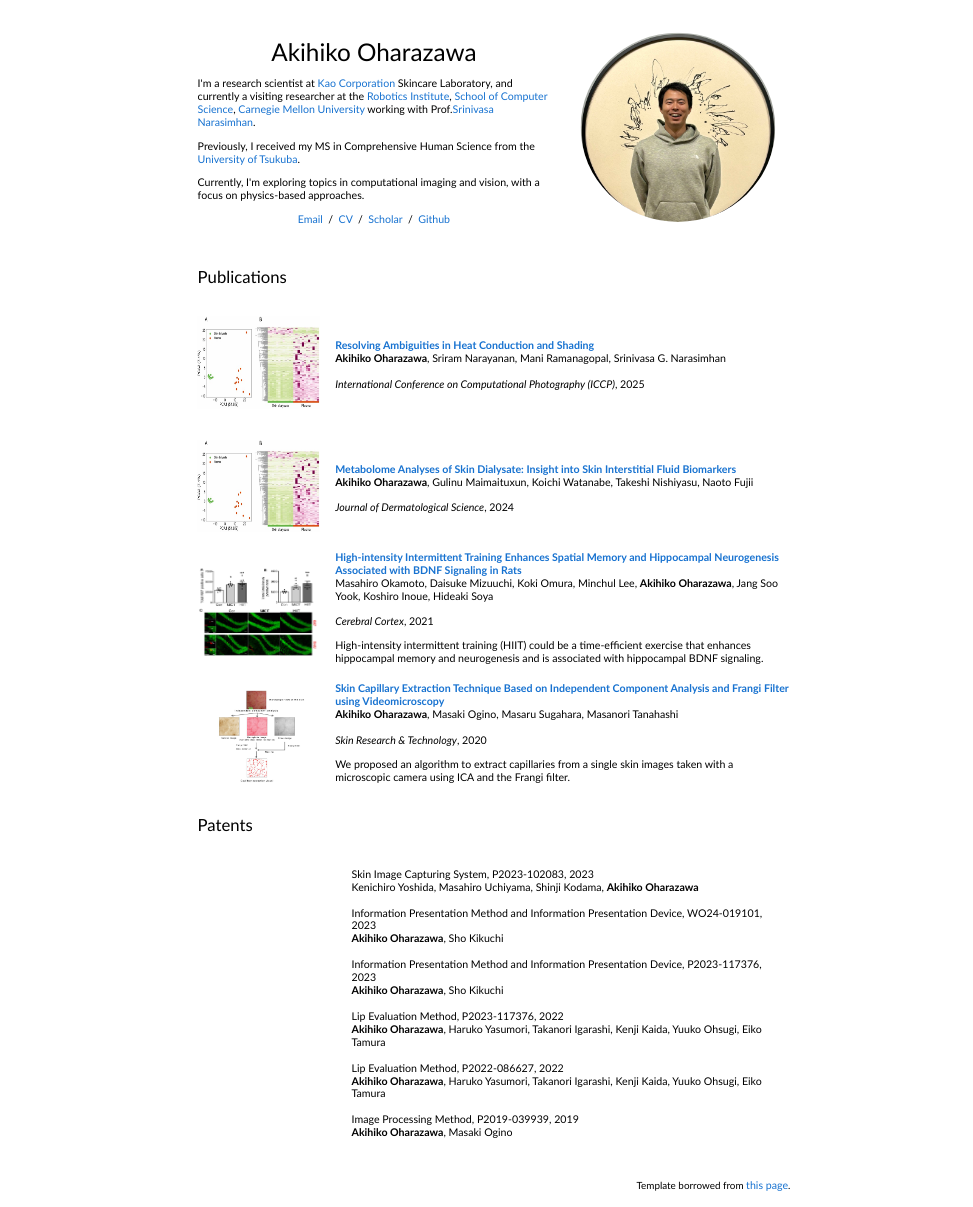
Repository: akihikooharazawa/akihikooharazawa.github.io
Page: index.html
An editor plug-in stored every save of this project. The page is shown before and after the next save, followed by the edit.
The browser window is 1280 px wide. The pictures show the whole page, at 76% of full size.

Above is the page before, as saved 2025-07-25 11:07:09.

### index.html
<!DOCTYPE HTML>
<html lang="en">
  <head>
  <!-- Google tag (gtag.js) -->
  <script async src="https://www.googletagmanager.com/gtag/js?id=G-S3VWLBF1BC"></script>
  <script>
    window.dataLayer = window.dataLayer || [];
    function gtag(){dataLayer.push(arguments);}
    gtag('js', new Date());

    gtag('config', 'G-S3VWLBF1BC');
  </script>
    <meta http-equiv="Content-Type" content="text/html; charset=UTF-8">

    <title>Akihiko Oharazawa</title>

    <meta name="author" content="Akihiko Oharazawa">
    <meta name="viewport" content="width=device-width, initial-scale=1">
    <link rel="shortcut icon" href="images/favicon/favicon.ico" type="image/x-icon">
    <link rel="stylesheet" type="text/css" href="stylesheet.css">

  </head>

  <body>
    <table style="width:100%;max-width:800px;border:0px;border-spacing:0px;border-collapse:separate;margin-right:auto;margin-left:auto;"><tbody>
      <tr style="padding:0px">
        <td style="padding:0px">
          <table style="width:100%;border:0px;border-spacing:0px;border-collapse:separate;margin-right:auto;margin-left:auto;"><tbody>
            <tr style="padding:0px">
              <td style="padding:2.5%;width:63%;vertical-align:middle">
                <p class="name" style="text-align: center;">
                  Akihiko Oharazawa
                </p>
                <p>I'm a research scientist at <a href="https://www.kao.com/global/en/">Kao Corporation</a> Skincare Laboratory,
                  and currently a visiting researcher at the <a href="https://www.ri.cmu.edu/">Robotics Institute</a>,
                  <a href="https://www.cs.cmu.edu/">School of Computer Science</a>,
                  <a href="https://www.cmu.edu/">Carnegie Mellon University</a> working with Prof.<a href="https://www.cs.cmu.edu/~srinivas/">Srinivasa Narasimhan</a>.
                </p>
                <p>
                  Previously, I received my MS in Comprehensive Human Science from the <a href="https://www.tsukuba.ac.jp/en/">University of Tsukuba</a>.
                </p>
                <p>
                  Currently, I'm exploring topics in computational imaging and vision, with a focus on physics-based approaches.
                </p>
                <p style="text-align:center">
                  <a href="mailto:a.oharazawa@gmail.com">Email</a> &nbsp;/&nbsp;
                  <a href="data/AkiOharazawa-CV.pdf">CV</a> &nbsp;/&nbsp;
                  <a href="https://scholar.google.com/citations?user=NGsKuDgAAAAJ&hl=en">Scholar</a> &nbsp;/&nbsp;
                  <a href="https://github.com/akihikooharazawa">Github</a>
                </p>
              </td>
              <td style="padding:2.5%;width:40%;max-width:40%">
                <a href="images/AkiOharazawa.jpg"><img style="width:100%;max-width:100%;object-fit: cover; border-radius: 50%;" alt="profile photo" src="images/AkiOharazawa.jpg" class="hoverZoomLink"></a>
              </td>
            </tr>
          </tbody></table>
          <table style="width:100%;border:0px;border-spacing:0px;border-collapse:separate;margin-right:auto;margin-left:auto;"><tbody>
              <tr>
              <td style="padding:20px;width:100%;vertical-align:middle">
                <h2>Publications</h2>
              </td>
            </tr>
          </tbody></table>
          <table style="width:100%;border:0px;border-spacing:0px;border-collapse:separate;margin-right:auto;margin-left:auto;"><tbody>

            <tr>
              <td style="padding:20px;width:25%;vertical-align:middle">
                <img src="images/isf_metabolomics.jpg" alt="isf_metabolomics" width="160" height="120" style="border-style: none">
              </td>
              <td width="75%" valign="middle">
                <a href="https://imaging.cs.cmu.edu/shape-from-laplacian-and-shading/">
                  <span class="papertitle">Resolving Ambiguities in Heat Conduction and Shading</span>
                </a>
                <br>
                <strong>Akihiko Oharazawa</strong>, Sriram Narayanan, Mani Ramanagopal, Srinivasa G. Narasimhan
                <br>
                <br>
                <em>International Conference on Computational Photography (ICCP)</em>, 2025
                <br>
              </td>
            </tr>

            <tr>
              <td style="padding:20px;width:25%;vertical-align:middle">
                <img src="images/isf_metabolomics.jpg" alt="isf_metabolomics" width="160" height="120" style="border-style: none">
              </td>
              <td width="75%" valign="middle">
                <a href="https://www.jdsjournal.com/article/S0923-1811(24)00066-5/fulltext">
                  <span class="papertitle">Metabolome Analyses of Skin Dialysate: Insight into Skin Interstitial Fluid Biomarkers</span>
                </a>
                <br>
                <strong>Akihiko Oharazawa</strong>, Gulinu Maimaituxun, Koichi Watanabe, Takeshi Nishiyasu, Naoto Fujii
                <br>
                <br>
                <em>Journal of Dermatological Science</em>, 2024
                <br>
              </td>
            </tr>

            <tr>
              <td style="padding:20px;width:25%;vertical-align:middle">
                <img src="images/hit_brain.png" alt="hit_brain.png" width="160" height="120" style="border-style: none">
              </td>
              <td width="75%" valign="middle">
                <a href="https://academic.oup.com/cercor/article/31/9/4386/6274998">
                  <span class="papertitle">High-intensity Intermittent Training Enhances Spatial Memory and Hippocampal Neurogenesis Associated with BDNF Signaling in Rats</span>
                </a>
                <br>
                Masahiro Okamoto, Daisuke Mizuuchi, Koki Omura, Minchul Lee, <strong>Akihiko Oharazawa</strong>, Jang Soo Yook, Koshiro Inoue, Hideaki Soya
                <br>
                <br>
                <em>Cerebral Cortex</em>, 2021
                <br>
                <p>High-intensity intermittent training (HIIT) could be a time-efficient exercise that enhances hippocampal memory and neurogenesis and is associated with hippocampal BDNF signaling.</p>
              </td>
            </tr>

            <tr>
              <td style="padding:20px;width:25%;vertical-align:middle">
                <img src="images/capillary_extraction.jpg" alt="capillary_extraction.jpg" width="160" height="120" style="border-style: none">
              </td>
              <td width="75%" valign="middle">
                <a href="https://onlinelibrary.wiley.com/doi/10.1111/srt.12850">
                  <span class="papertitle">Skin Capillary Extraction Technique Based on Independent Component Analysis and Frangi Filter using Videomicroscopy</span>
                </a>
                <br>
                <strong>Akihiko Oharazawa</strong>,
                Masaki Ogino,
                Masaru Sugahara,
                Masanori Tanahashi<br>
                <br>
                <em>Skin Research & Technology</em>, 2020
                <br>
                <p>We proposed an algorithm to extract capillaries from a single skin images taken with a microscopic camera using ICA and the Frangi filter.</p>
              </td>
            </tr>

          </tbody></table>


          <table width="100%" align="center" border="0" cellspacing="0" cellpadding="20"><tbody>
            <tr>
              <td>
                <h2>Patents</h2>
              </td>
            </tr>
          </tbody></table>
          <table width="100%" align="center" border="0" cellpadding="20"><tbody>

            <tr>
              <td style="padding:20px;width:25%;vertical-align:middle">
              <td width="75%" valign="middle">
                Skin Image Capturing System, P2023-102083, 2023
                <br>
                Kenichiro Yoshida, Masahiro Uchiyama, Shinji Kodama, <strong>Akihiko Oharazawa</strong><br>
                <br>
                Information Presentation Method and Information Presentation Device, WO24-019101, 2023
                <br>
                <strong>Akihiko Oharazawa</strong>, Sho Kikuchi<br>
                <br>
                Information Presentation Method and Information Presentation Device, P2023-117376, 2023
                <br>
                <strong>Akihiko Oharazawa</strong>, Sho Kikuchi<br>
                <br>
                Lip Evaluation Method, P2023-117376, 2022
                <br>
                <strong>Akihiko Oharazawa</strong>, Haruko Yasumori, Takanori Igarashi, Kenji Kaida, Yuuko Ohsugi, Eiko Tamura<br>
                <br>
                Lip Evaluation Method, P2022-086627, 2022
                <br>
                <strong>Akihiko Oharazawa</strong>, Haruko Yasumori, Takanori Igarashi, Kenji Kaida, Yuuko Ohsugi, Eiko Tamura<br>
                <br>
                Image Processing Method, P2019-039939, 2019
                <br>
                <strong>Akihiko Oharazawa</strong>, Masaki Ogino<br>
              </td>
            </tr>

          </tbody></table>
          <table style="width:100%;border:0px;border-spacing:0px;border-collapse:separate;margin-right:auto;margin-left:auto;"><tbody>
            <tr>
              <td style="padding:0px">
                <br>
                <p style="text-align:right;font-size:small;">
                  Template borrowed from <a href="https://github.com/jonbarron/website">this page</a>.
                </p>
              </td>
            </tr>
          </tbody></table>
        </td>
      </tr>
    </table>
  </body>
</html>

### stylesheet.css
/* latin-ext */
@font-face {
  font-family: 'Lato';
  font-style: italic;
  font-weight: 400;
  src: local('Lato Italic'), local('Lato-Italic'), url(https://fonts.gstatic.com/s/lato/v15/S6u8w4BMUTPHjxsAUi-qNiXg7eU0.woff2) format('woff2');
  unicode-range: U+0100-024F, U+0259, U+1E00-1EFF, U+2020, U+20A0-20AB, U+20AD-20CF, U+2113, U+2C60-2C7F, U+A720-A7FF;
}
/* latin */
@font-face {
  font-family: 'Lato';
  font-style: italic;
  font-weight: 400;
  src: local('Lato Italic'), local('Lato-Italic'), url(https://fonts.gstatic.com/s/lato/v15/S6u8w4BMUTPHjxsAXC-qNiXg7Q.woff2) format('woff2');
  unicode-range: U+0000-00FF, U+0131, U+0152-0153, U+02BB-02BC, U+02C6, U+02DA, U+02DC, U+2000-206F, U+2074, U+20AC, U+2122, U+2191, U+2193, U+2212, U+2215, U+FEFF, U+FFFD;
}
/* latin-ext */
@font-face {
  font-family: 'Lato';
  font-style: italic;
  font-weight: 700;
  src: local('Lato Bold Italic'), local('Lato-BoldItalic'), url(https://fonts.gstatic.com/s/lato/v15/S6u_w4BMUTPHjxsI5wq_FQftx9897sxZ.woff2) format('woff2');
  unicode-range: U+0100-024F, U+0259, U+1E00-1EFF, U+2020, U+20A0-20AB, U+20AD-20CF, U+2113, U+2C60-2C7F, U+A720-A7FF;
}
/* latin */
@font-face {
  font-family: 'Lato';
  font-style: italic;
  font-weight: 700;
  src: local('Lato Bold Italic'), local('Lato-BoldItalic'), url(https://fonts.gstatic.com/s/lato/v15/S6u_w4BMUTPHjxsI5wq_Gwftx9897g.woff2) format('woff2');
  unicode-range: U+0000-00FF, U+0131, U+0152-0153, U+02BB-02BC, U+02C6, U+02DA, U+02DC, U+2000-206F, U+2074, U+20AC, U+2122, U+2191, U+2193, U+2212, U+2215, U+FEFF, U+FFFD;
}
/* latin-ext */
@font-face {
  font-family: 'Lato';
  font-style: normal;
  font-weight: 400;
  src: local('Lato Regular'), local('Lato-Regular'), url(https://fonts.gstatic.com/s/lato/v15/S6uyw4BMUTPHjxAwXiWtFCfQ7A.woff2) format('woff2');
  unicode-range: U+0100-024F, U+0259, U+1E00-1EFF, U+2020, U+20A0-20AB, U+20AD-20CF, U+2113, U+2C60-2C7F, U+A720-A7FF;
}
/* latin */
@font-face {
  font-family: 'Lato';
  font-style: normal;
  font-weight: 400;
  src: local('Lato Regular'), local('Lato-Regular'), url(https://fonts.gstatic.com/s/lato/v15/S6uyw4BMUTPHjx4wXiWtFCc.woff2) format('woff2');
  unicode-range: U+0000-00FF, U+0131, U+0152-0153, U+02BB-02BC, U+02C6, U+02DA, U+02DC, U+2000-206F, U+2074, U+20AC, U+2122, U+2191, U+2193, U+2212, U+2215, U+FEFF, U+FFFD;
}
/* latin-ext */
@font-face {
  font-family: 'Lato';
  font-style: normal;
  font-weight: 700;
  src: local('Lato Bold'), local('Lato-Bold'), url(https://fonts.gstatic.com/s/lato/v15/S6u9w4BMUTPHh6UVSwaPGQ3q5d0N7w.woff2) format('woff2');
  unicode-range: U+0100-024F, U+0259, U+1E00-1EFF, U+2020, U+20A0-20AB, U+20AD-20CF, U+2113, U+2C60-2C7F, U+A720-A7FF;
}
/* latin */
@font-face {
  font-family: 'Lato';
  font-style: normal;
  font-weight: 700;
  src: local('Lato Bold'), local('Lato-Bold'), url(https://fonts.gstatic.com/s/lato/v15/S6u9w4BMUTPHh6UVSwiPGQ3q5d0.woff2) format('woff2');
  unicode-range: U+0000-00FF, U+0131, U+0152-0153, U+02BB-02BC, U+02C6, U+02DA, U+02DC, U+2000-206F, U+2074, U+20AC, U+2122, U+2191, U+2193, U+2212, U+2215, U+FEFF, U+FFFD;
}

a {
  color: #1772d0;
  text-decoration: none;
}

a:focus,
a:hover {
  color: #f09228;
  text-decoration: none;
}

body,
td,
th,
tr,
p,
a {
  font-family: 'Lato', Verdana, Helvetica, sans-serif;
  font-size: 14px;
}

strong {
  font-family: 'Lato', Verdana, Helvetica, sans-serif;
  font-size: 14px;
}

h2 {
  margin: 0;
  font-weight: normal;
  font-family: 'Lato', Verdana, Helvetica, sans-serif;
  font-size: 22px;
}

.papertitle {
  font-family: 'Lato', Verdana, Helvetica, sans-serif;
  font-size: 14px;
  font-weight: 700;
}

.name {
  padding-top: 20px;
  margin: 0;
  font-family: 'Lato', Verdana, Helvetica, sans-serif;
  font-size: 32px;
}

.one {
  width: 160px;
  height: 160px;
  position: relative;
}

.two {
  width: 160px;
  height: 160px;
  position: absolute;
  transition: opacity .2s ease-in-out;
  -moz-transition: opacity .2s ease-in-out;
  -webkit-transition: opacity .2s ease-in-out;
}

.fade {
  transition: opacity .2s ease-in-out;
  -moz-transition: opacity .2s ease-in-out;
  -webkit-transition: opacity .2s ease-in-out;
}

span.highlight {
  background-color: #ffffd0;
}

After the next save:
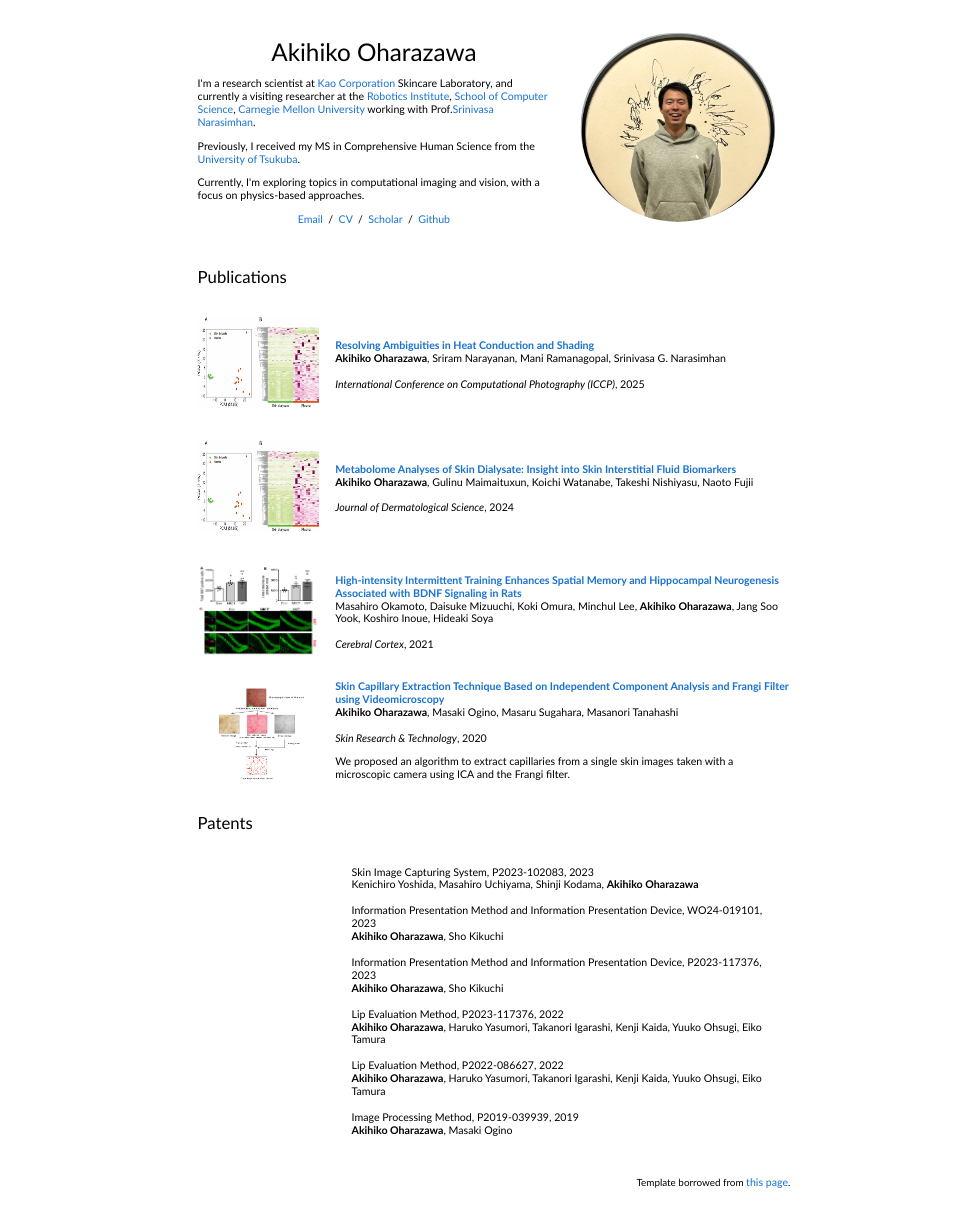
Saved 3 min 10 s later.
--- a/index.html
+++ b/index.html
@@ -111,7 +111,6 @@
                 <br>
                 <em>Cerebral Cortex</em>, 2021
                 <br>
-                <p>High-intensity intermittent training (HIIT) could be a time-efficient exercise that enhances hippocampal memory and neurogenesis and is associated with hippocampal BDNF signaling.</p>
               </td>
             </tr>
 
